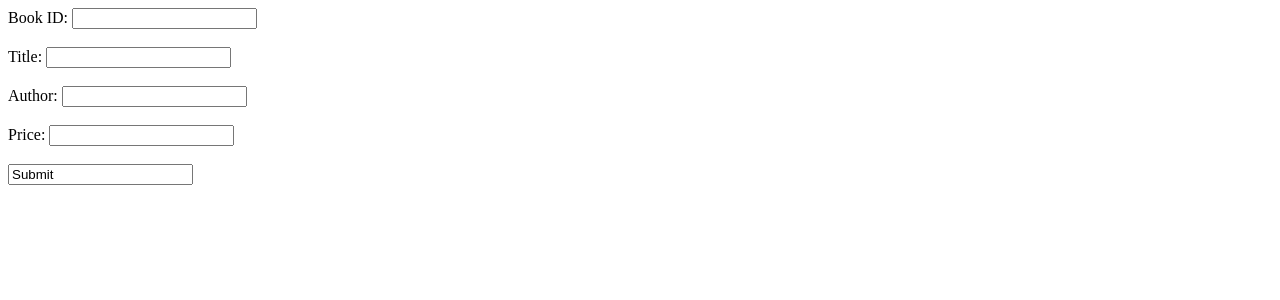
Repository: KoviAnusha/Typescript-files
Page: http://localhost/BookHomeAssignment/InsertBooks.jsp
These files come from the project's save history. The page is drawn as it stood at one moment and after the next save; the edit follows.
The browser window is 1280 px wide. The pictures show the whole page.
The page is served by Tomcat 9. Other server files are loaded and not shown.

Above is the page before, as saved 2019-08-23 11:47:58.

### workspace-sts-3.9.9.RELEASE/BookHomeAssignment/WebContent/InsertBooks.jsp
<!DOCTYPE html>
<html>
<head>
<meta charset="ISO-8859-1">
<title>Insert title here</title>
</head>
<body>
<form method="post" action="insert">
Book ID: <input type="text" name="id" ><br><br>
Title: <input type="text" name="title" ><br><br>
Author: <input type="text" name="author" ><br><br>
Price: <input type="text" name="price" ><br><br>
<input type="text" value="Submit">
</form>
</body>
</html>

After the next save:
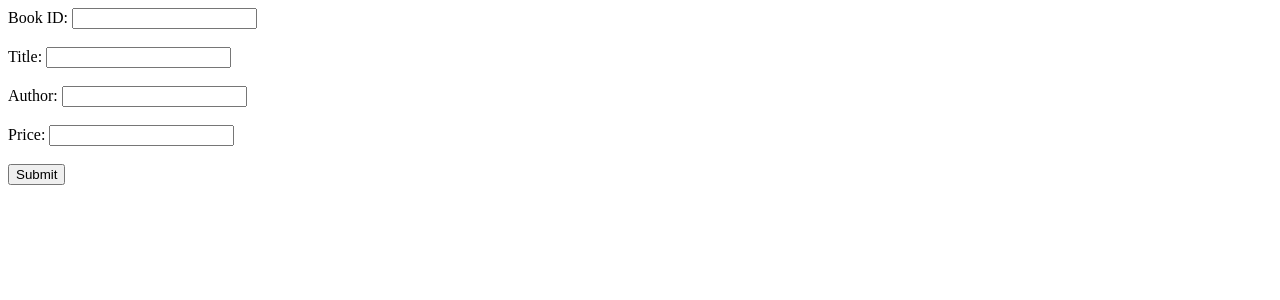
Saved 49 s later.
--- a/workspace-sts-3.9.9.RELEASE/BookHomeAssignment/WebContent/InsertBooks.jsp
+++ b/workspace-sts-3.9.9.RELEASE/BookHomeAssignment/WebContent/InsertBooks.jsp
@@ -10,7 +10,7 @@ Book ID: <input type="text" name="id" ><br><br>
 Title: <input type="text" name="title" ><br><br>
 Author: <input type="text" name="author" ><br><br>
 Price: <input type="text" name="price" ><br><br>
-<input type="text" value="Submit">
+<input type="submit" value="Submit">
 </form>
 </body>
 </html>
